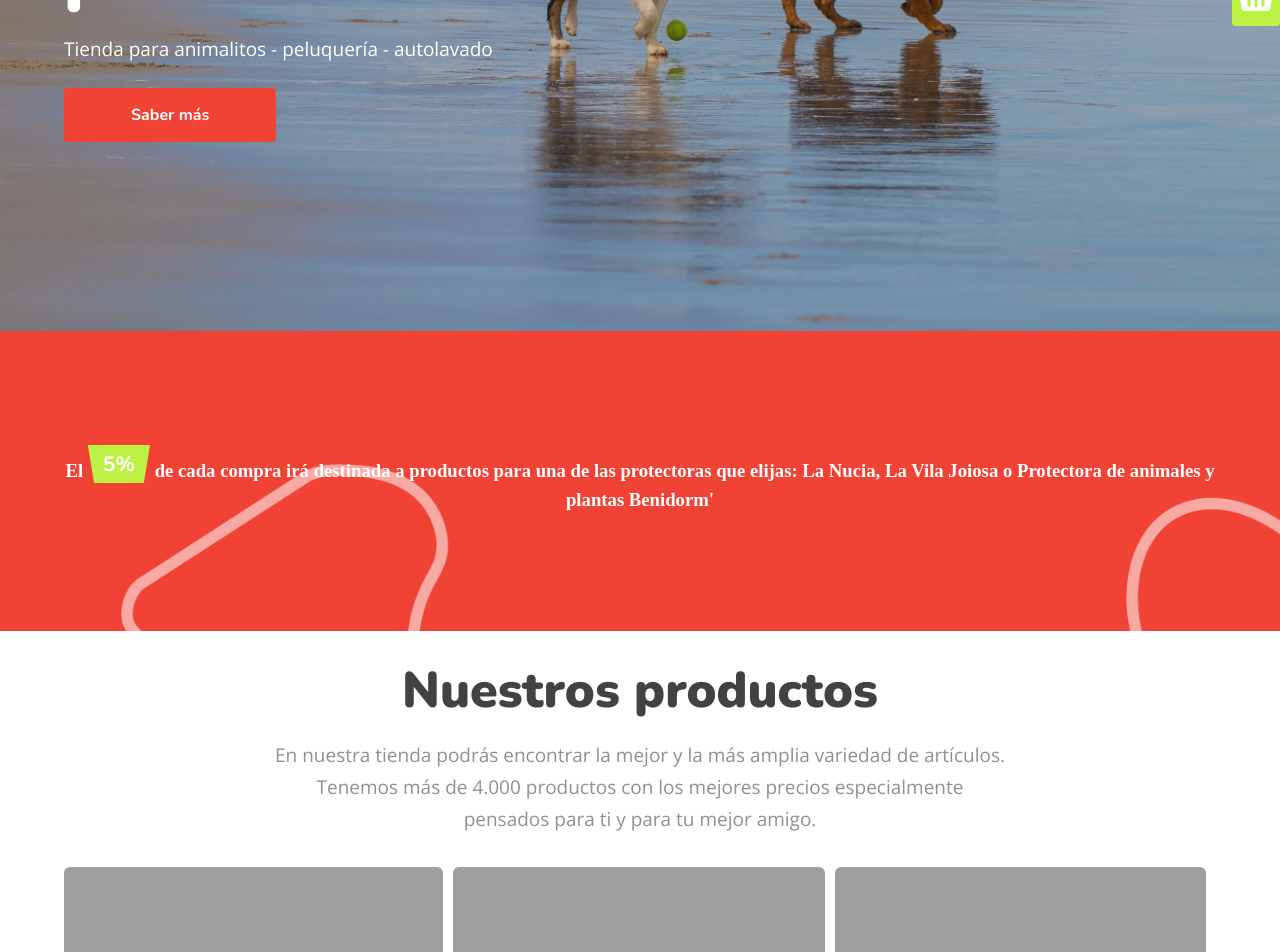
Repository: MarilynCuore/landingVet
Page: index.html
These files come from the project's save history. The page is drawn as it stood at one moment and after the next save; the edit follows.
The browser window is 1280 px wide. The pictures show the part of the page from y = 389 to 1341 px (the page is 2964 px tall).
Pictures or frames that could not be fetched are drawn as grey boxes. Some web libraries are served in a nearby version. The style sheet was rebuilt from its Sass, Less or Tailwind sources for each picture, by a compiler version that may differ from the author's.

Above is the page before, as saved 2020-06-25 14:11:09.

After the next save:
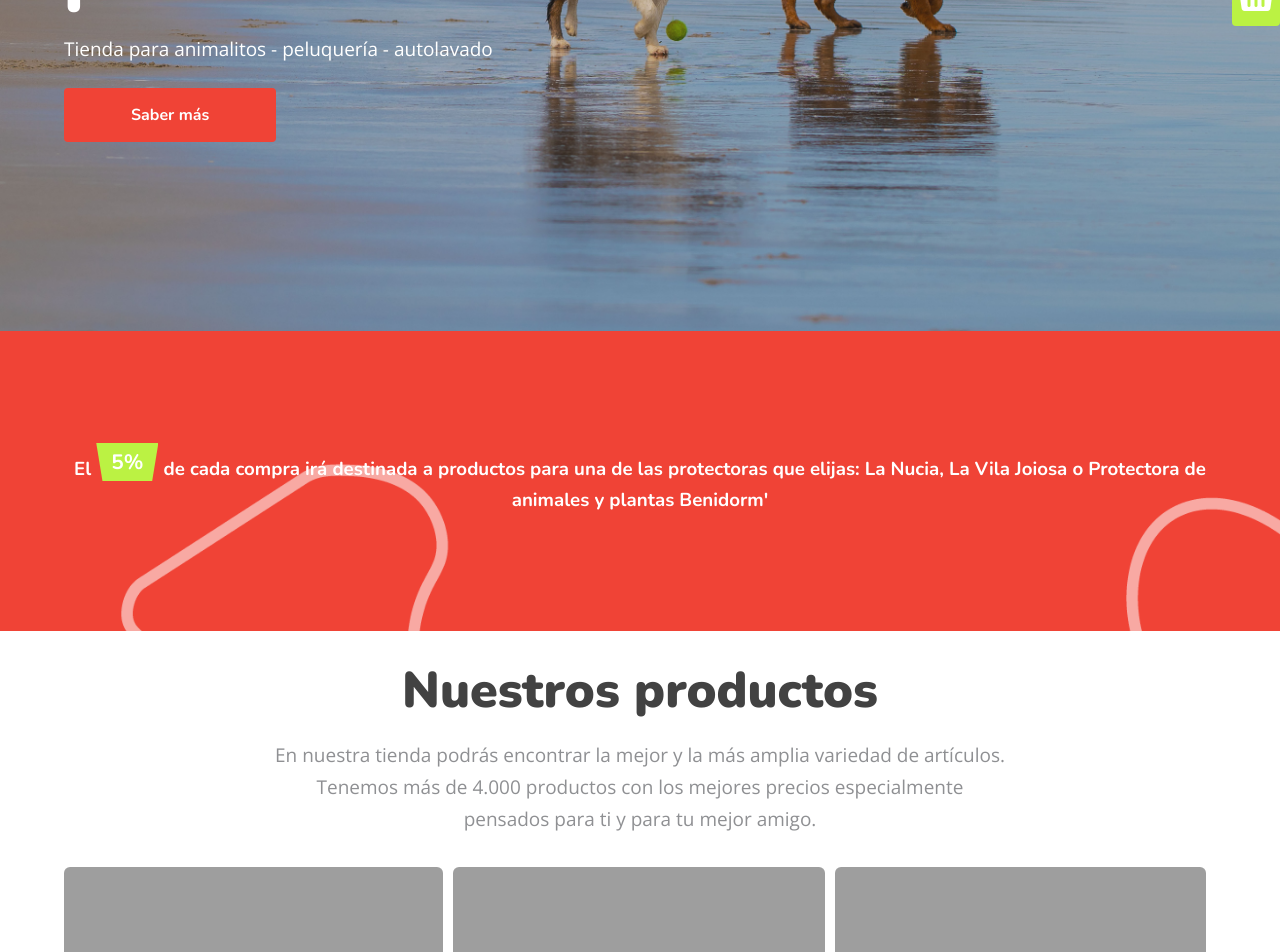
Saved 11 s later.
--- a/main.scss
+++ b/main.scss
@@ -269,6 +269,7 @@ section {
         color:white;
         text-align: center;
         margin: 0;
+        font-family: "Nunito", sans-serif;
       }
       span{
         transform: translateY(-6px);
